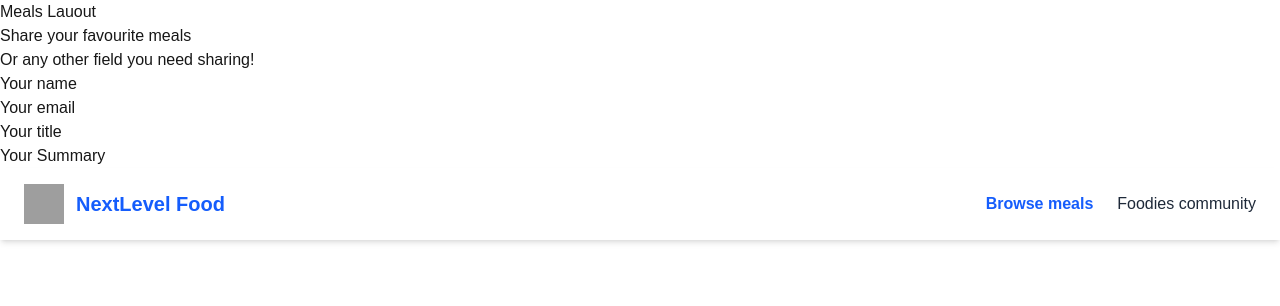
Repository: ananya2420/my-next-app
Page: /meals/share
An editor plug-in stored every save of this project. The page is shown before and after a run of saves, followed by the edit.
The browser window is 1280 px wide. The pictures show the whole page.
Pictures or frames that could not be fetched are drawn as grey boxes. The project was rebuilt for these pictures with package versions that can differ from the ones it lists, and the page was loaded fresh each time. The framework's server and built-in components were replaced by stand-ins that run in the browser. Also part of the build but not shown: next.config.mjs.

Above is the page before, as saved 2025-03-29 13:41:59.

### src/app/layout.js
//import { Geist, Geist_Mono } from "next/font/google";
import MainHeader from "../../components/main-header";

import "./globals.css";

/*
const geistSans = Geist({
  variable: "--font-geist-sans",
  subsets: ["latin"],
});

const geistMono = Geist_Mono({
  variable: "--font-geist-mono",
  subsets: ["latin"],
});
*/

export const metadata = {
  title: "Create Next App",
  description: "Generated by create next app",
};

export default function RootLayout({ children }) {
  return (
    <html lang="en">
    {/*  <body
       className={`${geistSans.variable} ${geistMono.variable} antialiased`}
      > */}
      <body>
        {children}
        <MainHeader />

      </body>
    </html>
  );
}

### src/app/meals/layout.js
export default function MealsLayout({children}){
    return <>
    <p>Meals Lauout</p>
    {children}

    </>
}

### src/app/meals/share/page.js
export default function ShareMealPage(){

    //console.log('Meals page');

    return(
    <>
    <header>
        <h1>Share your <span>favourite meals</span></h1>
        <p>Or any other field you need sharing!</p>
    </header>

    <main>
        <form>
            <div>
                <p>
                    <label htmlFor="name">Your name</label>
                    <input type='text' id='name' name='name' required />

                </p>

                <p>
                    <label htmlFor="email">Your email</label>
                    <input type='email' id='email' name='email' required />

                </p>

                <p>
                    <label htmlFor="title">Your title</label>
                    <input type='title' id='title' name='title' required />

                </p>

                <p>
                    <label htmlFor="summary">Your Summary</label>
                    <input type='summary' id='sumary' name='summary' required />

                </p>

                <p>
                    <label htmlFor="instructions"></label>
                </p>




            </div>
        </form>

    </main>
    </>
    )
}

### components/main-header.js


import Link from "next/link";
import logoImg from './assets/icon/logo.png'
import NavLink from "./nav-link";
//import { usePathname } from "next/navigation";

export default function MainHeader() {
  //const path = usePathname();

  return (
    <header className="flex items-center justify-between bg-white shadow-md px-6 py-4">
      {/* Logo and Branding */}
      <Link href="/" className="flex items-center space-x-3 text-xl font-bold text-gray-800">
        <img src={logoImg} alt="A plate with food on it" className="w-10 h-10" />
        <span className="text-blue-600">NextLevel Food</span>
      </Link>

      {/* Navigation */}
      <nav>
        <ul className="flex space-x-6">
          <li>
           <NavLink href="/meals">Browse meals</NavLink>
          </li>
          <li>
            <NavLink href="/community">Foodies community</NavLink>
          </li>
        </ul>
      </nav>
    </header>
  );
}

### src/app/globals.css
@import "tailwindcss";

/* styles/globals.css */
@tailwind base;
@tailwind components;
@tailwind utilities;



:root {
  --background: #ffffff;
  --foreground: #171717;
}

@theme inline {
  --color-background: var(--background);
  --color-foreground: var(--foreground);
  --font-sans: var(--font-geist-sans);
  --font-mono: var(--font-geist-mono);
}

@media (prefers-color-scheme: dark) {
  :root {
    --background: #0a0a0a;
    --foreground: #ededed;
  }
}
*{
  box-sizing: border-box;
}
html{
  font-family: 'Open sans',sans-serif;
  height:100%;
}
body {
  height: 100%;
  margin: 0;
  color:#ddd8e4;
  background: var(--background);
  color: var(--foreground);
  font-family: Arial, Helvetica, sans-serif;
}

### components/nav-link.js
"use client";

import Link from "next/link";
import { usePathname } from "next/navigation";

export default function NavLink({href,children}){

  const path =   usePathname();
    return  <Link href={href} className={`${path.startsWith(href) ? 'text-blue-600 font-bold' : 'text-gray-800'}`}>
   {children}
  </Link>
}

After the next 2 saves:
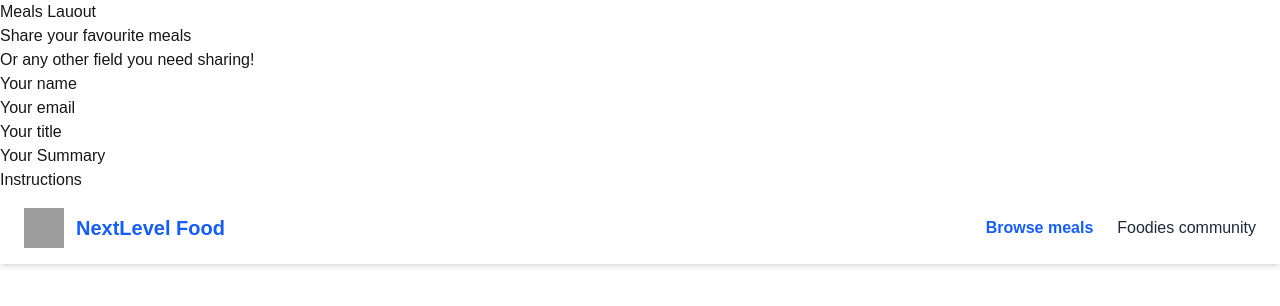
The 2 saves are shown as one change because they came seconds apart.
The last was saved 14 s later.
--- a/src/app/meals/share/page.js
+++ b/src/app/meals/share/page.js
@@ -37,7 +37,8 @@ export default function ShareMealPage(){
                 </p>
 
                 <p>
-                    <label htmlFor="instructions"></label>
+                    <label htmlFor="instructions">Instructions</label>
+
                 </p>
 
 
